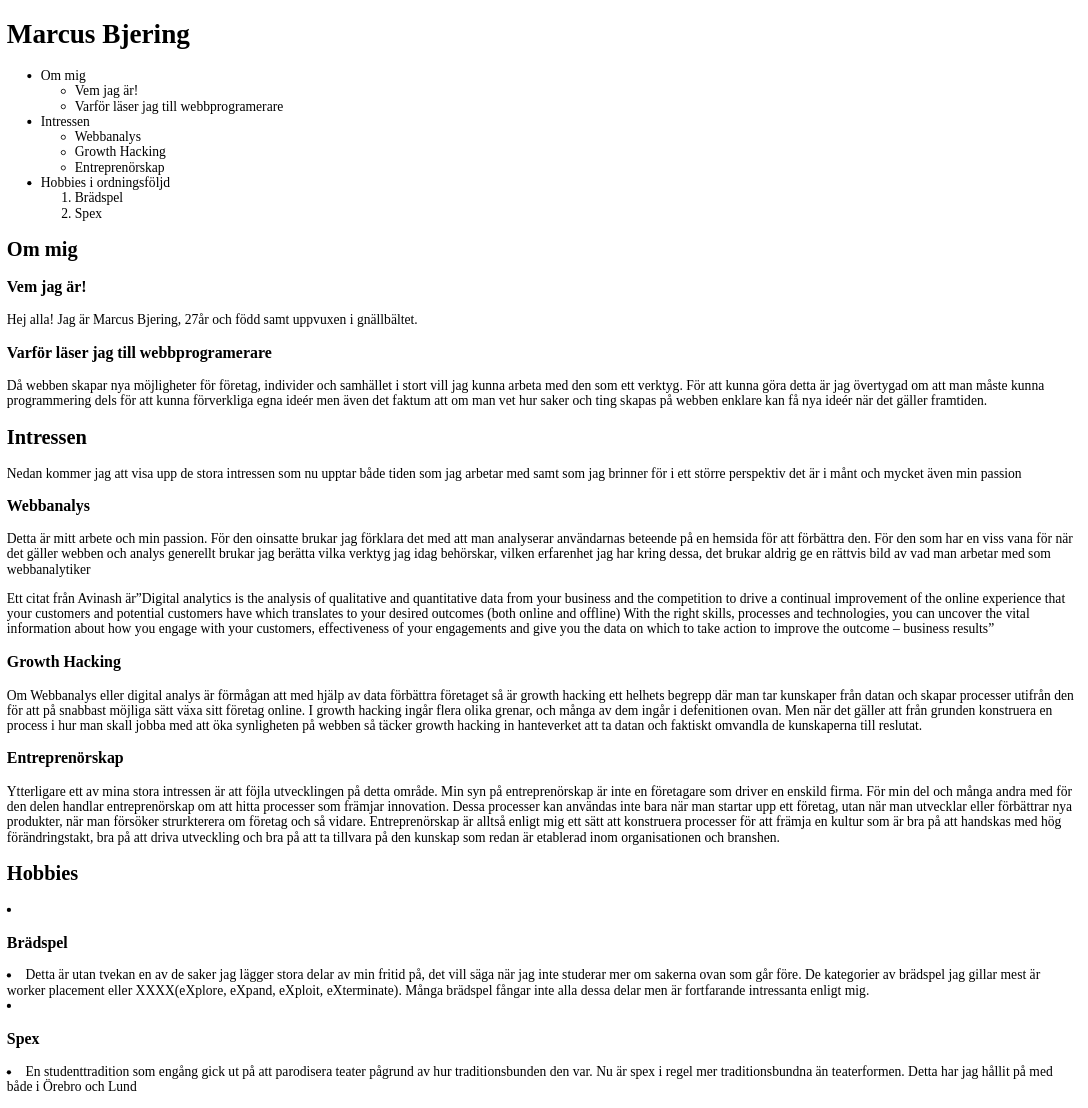
Repository: mb223ks/1IK415-laborationer
Page: pages/presentation.html
The author's editor kept a record of every edit. The page is drawn from the files as they stood at one moment, then again after the next edit.
The browser window is 1280 px wide. The pictures show the whole page, at 85% of full size.

Above is the page before.

### pages/presentation.html
<!DOCTYPE html>
<html lang="sv">
    <head>
        <meta charset="utf-8" />
        <title>Presentation av Marcus Bjering</title>

    </head>
    <body>
        <h1>Marcus Bjering</h1>

        <ul>
            <li>Om mig
            <ul>
                <li>Vem jag är!</li>
                <li>Varför läser jag till webbprogramerare</li>
            </ul>
            </li>
            <li>Intressen
            <ul>
                <li>Webbanalys</li>
                <li>Growth Hacking</li>
                <li>Entreprenörskap</li>
            </ul>
            </li>
            <li>Hobbies i ordningsföljd
            <ol>
                <li>Brädspel</li>
                <li>Spex</li>
            </ol>
            </li>
        </ul>
        <h2>Om mig</h2>
        <h3>Vem jag är!</h3>
            <p>Hej alla! Jag är Marcus Bjering, 27år och född samt uppvuxen i gnällbältet.  </p>
        <h3>Varför läser jag till webbprogramerare</h3>
            <p>Då webben skapar nya möjligheter för företag, individer och samhället i stort vill jag kunna arbeta med den som ett verktyg. För att kunna göra detta är jag övertygad om att man måste kunna programmering dels för att kunna förverkliga egna ideér men även det faktum att om man vet hur saker och ting skapas på webben enklare kan få nya ideér när det gäller framtiden. </p>
        <h2>Intressen</h2>
            <p>Nedan kommer jag att visa upp de stora intressen som nu upptar både tiden som jag arbetar med samt som jag brinner för i ett större perspektiv det är i månt och mycket även min passion</p>
        <h3>Webbanalys</h3>
            <p>Detta är mitt arbete och min passion. För den oinsatte brukar jag förklara det med att man analyserar användarnas beteende på en hemsida för att förbättra den. För den som har en viss vana för när det gäller webben och analys generellt brukar jag berätta vilka verktyg jag idag behörskar, vilken erfarenhet jag har kring dessa, det brukar aldrig ge en rättvis bild av vad man arbetar med som webbanalytiker</p>
            <p> Ett citat från Avinash är<q>Digital analytics is the analysis of qualitative and quantitative data from your business and the competition to drive a continual improvement of the online experience that your customers and potential customers have which translates to your desired outcomes (both online and offline) With the right skills, processes and technologies, you can uncover the vital information about how you engage with your customers, effectiveness of your engagements and give you the data on which to take action to improve the outcome – business results</q></p>
        <h3>Growth Hacking</h3>
            <p>Om Webbanalys eller digital analys är förmågan att med hjälp av data förbättra företaget så är growth hacking ett helhets begrepp där man tar kunskaper från datan och skapar processer utifrån den för att på snabbast möjliga sätt växa sitt företag online. I growth hacking ingår flera olika grenar, och många av dem ingår i defenitionen ovan. Men när det gäller att från grunden konstruera en process i hur man skall jobba med att öka synligheten på webben så täcker growth hacking in hanteverket att ta datan och faktiskt omvandla de kunskaperna till reslutat. </p>
        <h3>Entreprenörskap</h3>
            <p>Ytterligare ett av mina stora intressen är att föjla utvecklingen på detta område. Min syn på entreprenörskap är inte en företagare som driver en enskild firma. För min del och många andra med för den delen handlar entreprenörskap om att hitta processer som främjar innovation. Dessa processer kan användas inte bara när man startar upp ett företag, utan när man utvecklar eller förbättrar nya produkter, när man försöker strurkterera om företag och så vidare. Entreprenörskap är alltså enligt mig ett sätt att konstruera processer för att främja en kultur som är bra på att handskas med hög förändringstakt, bra på att driva utveckling och bra på att ta tillvara på den kunskap som redan är etablerad inom organisationen och branshen.</p>
        <h2>Hobbies</h2>
        <dl>
            <li><h3>Brädspel</h3></li>
                <li>Detta är utan tvekan en av de saker jag lägger stora delar av min fritid på, det vill säga när jag inte studerar mer om sakerna ovan som går före. De kategorier av brädspel jag gillar mest är worker placement eller XXXX(eXplore, eXpand, eXploit, eXterminate). Många brädspel fångar inte alla dessa delar men är fortfarande intressanta enligt mig.</li>
            <li><h3>Spex</h3></li>
                <li>En studenttradition som engång gick ut på att parodisera teater pågrund av hur traditionsbunden den var. Nu är spex i regel mer traditionsbundna än teaterformen. Detta har jag hållit på med både i Örebro och Lund</li>
        </dl>
    </body>
</html>

After the next edit:
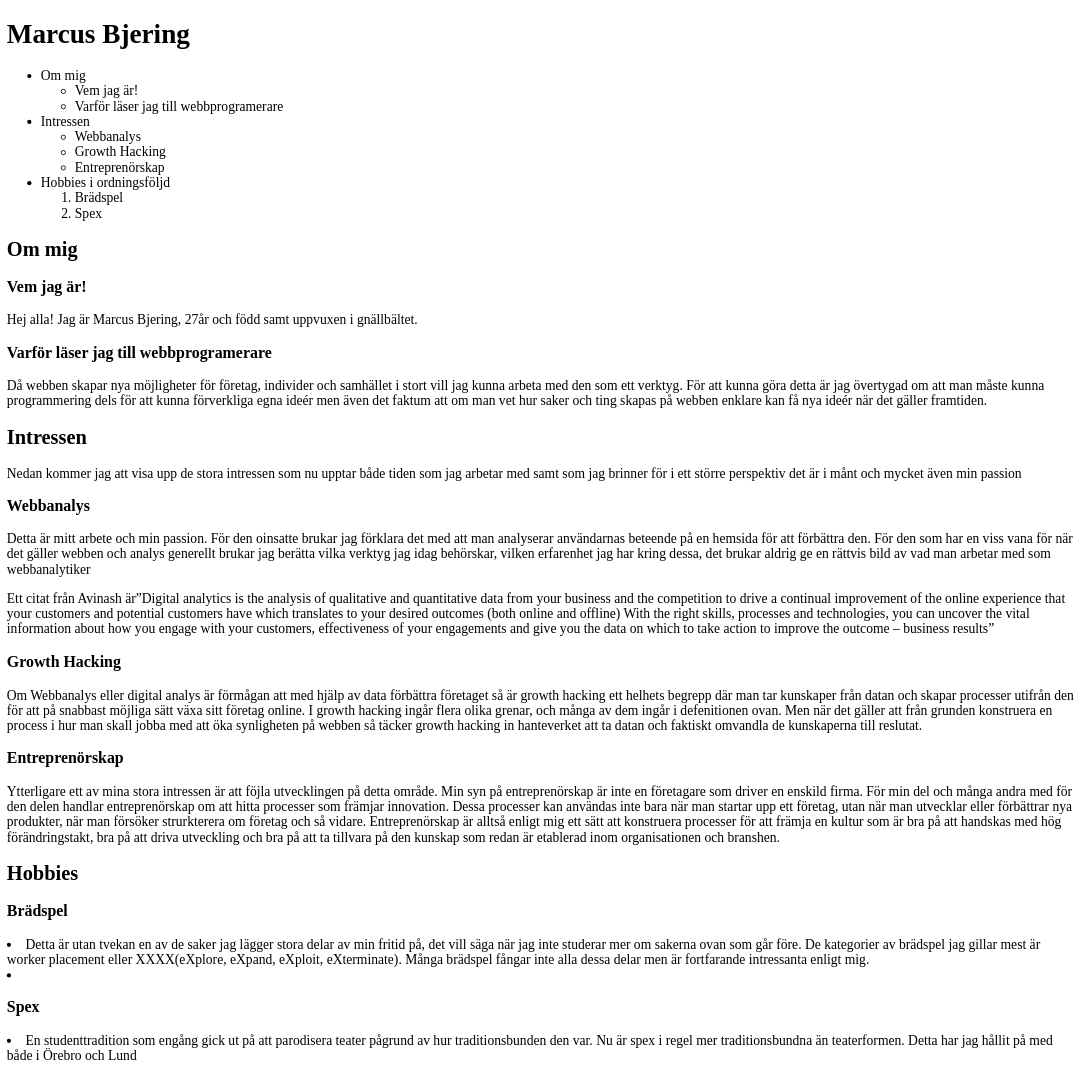
The edit:
--- a/pages/presentation.html
+++ b/pages/presentation.html
@@ -45,7 +45,7 @@
             <p>Ytterligare ett av mina stora intressen är att föjla utvecklingen på detta område. Min syn på entreprenörskap är inte en företagare som driver en enskild firma. För min del och många andra med för den delen handlar entreprenörskap om att hitta processer som främjar innovation. Dessa processer kan användas inte bara när man startar upp ett företag, utan när man utvecklar eller förbättrar nya produkter, när man försöker strurkterera om företag och så vidare. Entreprenörskap är alltså enligt mig ett sätt att konstruera processer för att främja en kultur som är bra på att handskas med hög förändringstakt, bra på att driva utveckling och bra på att ta tillvara på den kunskap som redan är etablerad inom organisationen och branshen.</p>
         <h2>Hobbies</h2>
         <dl>
-            <li><h3>Brädspel</h3></li>
+            <dt><h3>Brädspel</h3></dt>
                 <li>Detta är utan tvekan en av de saker jag lägger stora delar av min fritid på, det vill säga när jag inte studerar mer om sakerna ovan som går före. De kategorier av brädspel jag gillar mest är worker placement eller XXXX(eXplore, eXpand, eXploit, eXterminate). Många brädspel fångar inte alla dessa delar men är fortfarande intressanta enligt mig.</li>
             <li><h3>Spex</h3></li>
                 <li>En studenttradition som engång gick ut på att parodisera teater pågrund av hur traditionsbunden den var. Nu är spex i regel mer traditionsbundna än teaterformen. Detta har jag hållit på med både i Örebro och Lund</li>
